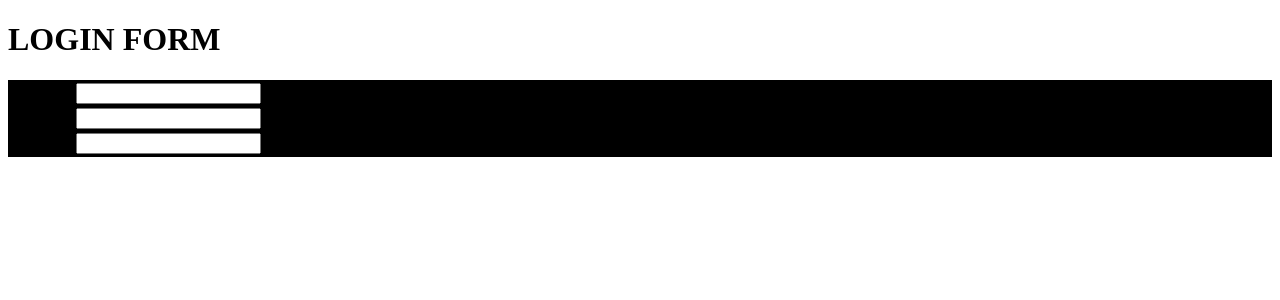
Repository: obusakthi539/Loginform
Page: Login.html
An editor plug-in stored every save of this project. The page is shown before and after the next save, followed by the edit.
The browser window is 1280 px wide. The pictures show the whole page.

Above is the page before, as saved 2025-01-10 17:36:05.

### Login.html
<!DOCTYPE html>
<html lang="en">
<head>
    <meta charset="UTF-8">
    <meta name="viewport" content="width=device-width, initial-scale=1.0">
    <title>Document</title>
    <style>
        .a{
            background-color: black;
            font-family: ;
        }
    </style>
</head>
<body>

    <h1>LOGIN FORM</h1>
    <div class="a">
        <form action=""></form>
        <table>
            <tr>
                <td> <label for="">Name</label></td>
                <td><input type="text"></td>
            </tr>
            <tr>
                <td><label for="">Email</label></td>
                <td><input type="text"></td>
            </tr>
            <tr>
                <td> <label for="">Password</label></td>
                <td><input type="text"></td>
            </tr>
        </table>
    </div>
</body>
</html>

After the next save:
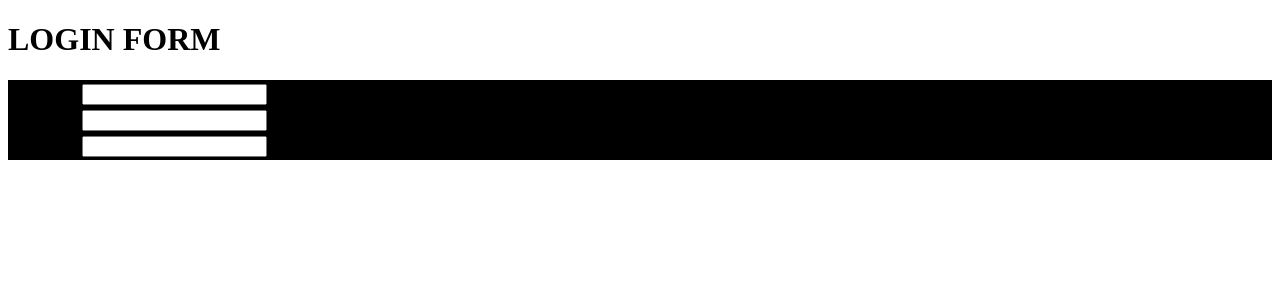
Saved 21 s later.
--- a/Login.html
+++ b/Login.html
@@ -7,7 +7,7 @@
     <style>
         .a{
             background-color: black;
-            font-family: ;
+            font-family: 'Gill Sans', 'Gill Sans MT', Calibri, 'Trebuchet MS', sans-serif;
         }
     </style>
 </head>
